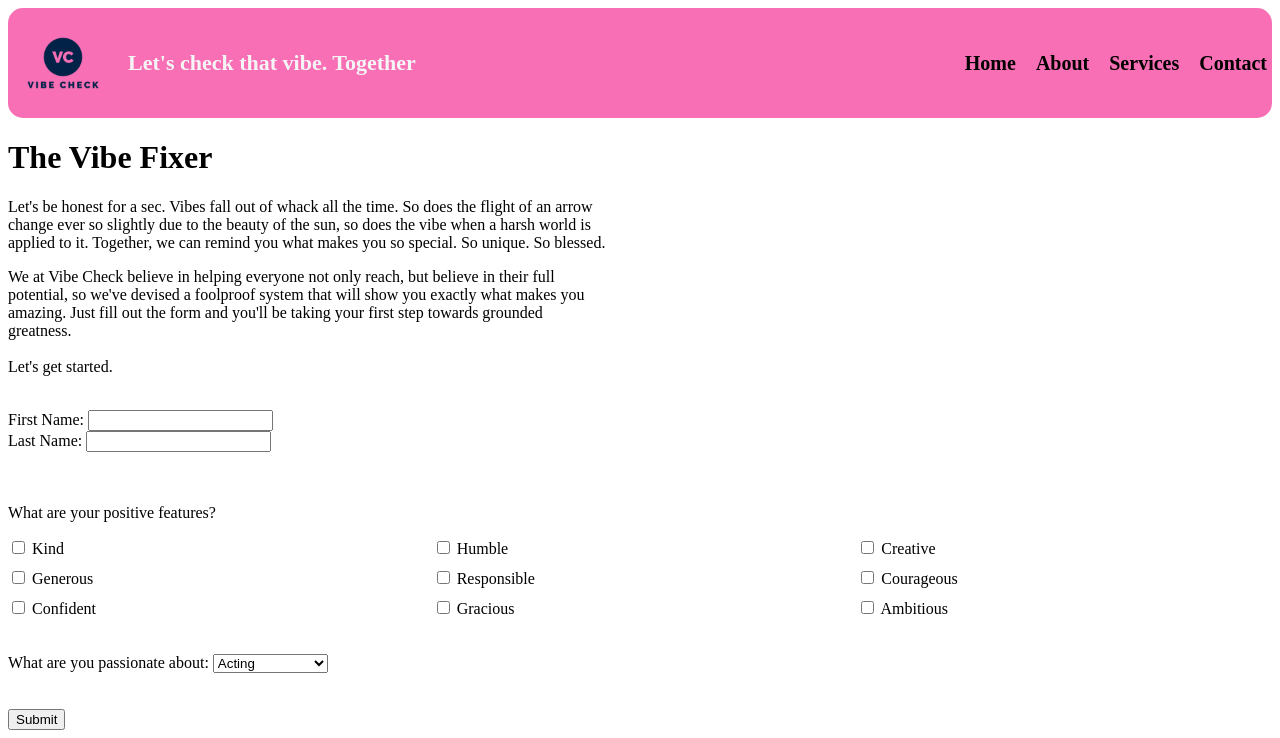
Repository: Chadloswald/Dis-Service
Page: docs/index.html
These files come from the project's save history. The page is drawn as it stood at one moment and after the next save; the edit follows.
The browser window is 1280 px wide. The pictures show the whole page.

Above is the page before, as saved 2023-05-02 11:09:54.

After the next save:
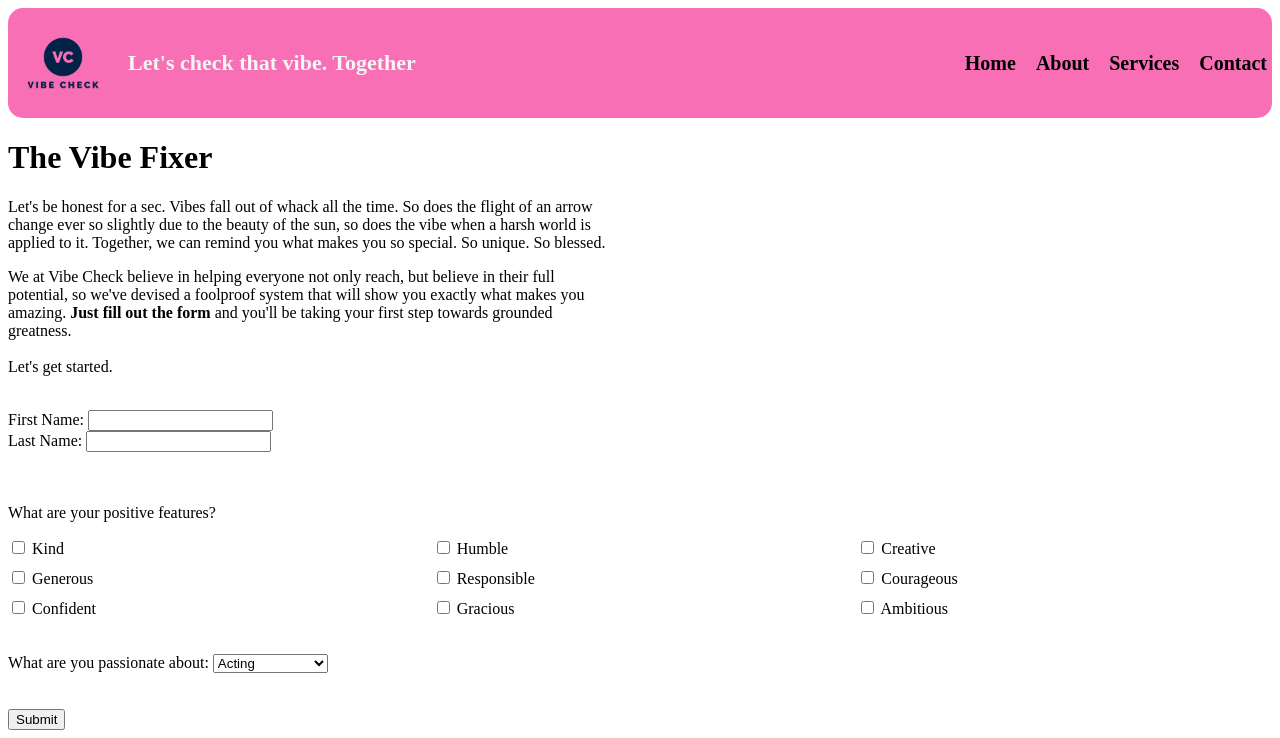
Saved 59 s later.
--- a/docs/index.html
+++ b/docs/index.html
@@ -22,7 +22,7 @@
 	  </header>
 	<h1>The Vibe Fixer</h1>
 	  <p>Let's be honest for a sec. Vibes fall out of whack all the time. So does the flight of an arrow change ever so slightly due to the beauty of the sun, so does the vibe when a harsh world is applied to it. Together, we can remind you what makes you so special. So unique. So blessed.</p>
-		<p>We at Vibe Check believe in helping everyone not only reach, but believe in their full potential, so we've devised a foolproof system that will show you exactly what makes you amazing. Just fill out the form and you'll be taking your first step towards grounded greatness. <br><br>Let's get started.</p>
+		<p>We at Vibe Check believe in helping everyone not only reach, but believe in their full potential, so we've devised a foolproof system that will show you exactly what makes you amazing. <strong>Just fill out the form</strong> and you'll be taking your first step towards grounded greatness. <br><br>Let's get started.</p>
 	  <br>
 	<form>
 
